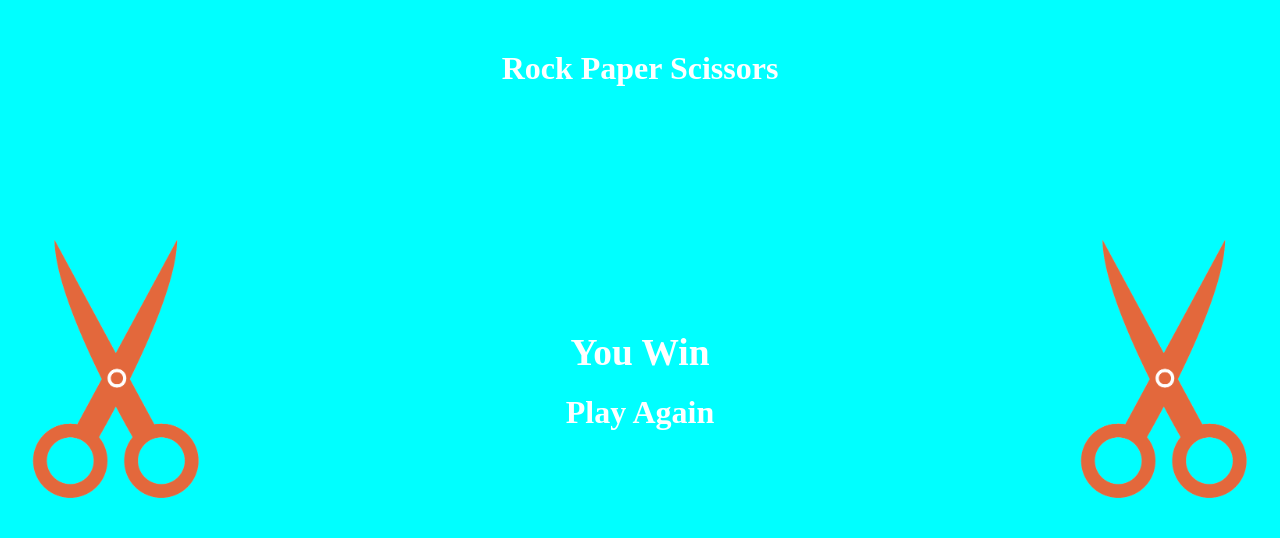
Repository: Arkitecth/rock-paper-scissors
Page: index.html
An editor plug-in stored every save of this project. The page is shown before and after the next save, followed by the edit.
The browser window is 1280 px wide. The pictures show the whole page.
After loading, the first visible `img.scissors` was clicked once.

Above is the page before, as saved 2023-06-02 17:40:26.

### index.html
<!-- Rock -->
<!DOCTYPE html>
<html lang="en">
<head>
    <meta charset="UTF-8">
    <meta http-equiv="X-UA-Compatible" content="IE=edge">
    <meta name="viewport" content="width=device-width, initial-scale=1.0">
    <link rel="stylesheet" href="css/styles.css">
    <title>Rock Paper Scissors</title>
</head>
<body>
    <h1>Rock Paper Scissors</h1>
    <div class="game">
        <img class="rock" src="rock.png" alt="rock">
        <img class= "paper" src="paper.png" alt="paper">
        <img class="scissors" src="scissors.png" alt="scissors">
    </div>

    <div class="score">
        <h3>You Lost</h3>
        <h4>Play Again</h4>
    </div>

</body>

<script src="script.js"></script>
</html>

### css/styles.css
* {
    margin: 0;
    padding: 0;
}

body {
    background-color: aqua;
    color: white;
}

h1 {
    text-align: center;
    margin-top: 50px;
    font-size: 2rem;
}

img {
    width: 15%;
    padding: 0 20px;
    height: auto;
    transition: width 2s;
}



.game {
    display: flex;
    justify-content: center;
    width: 100%;
    align-content: center;
    margin-top: 150px;
    text-align: center;
}

img:hover {
    border: 4px solid white;
    width: 16%;
}

.move-img {
    display: flex;
    justify-content: auto;
}

.score {
    display: none;
    color: #fff;
    font-size: 2rem;
    text-align: center;
    margin: auto;
}

.score h4 {
    padding-top: 20px;
}

### script.js
const rock = document.querySelector(".rock");
const paper = document.querySelector(".paper");
const scissors = document.querySelector(".scissors");
const winnerLabel = document.querySelector(".score h3")
let textLabel = "";
let compInput = ""


// Render Computer Images
// Check for Winner
// Delete Elements
// Align Player to the Left
// Aight Computer to the Right
// Play Over Function



function computerInput() {
    const input = Math.floor((Math.random()) * 3 ) + 1;
    console.log(input);
    if (input === 1) {
        return "rock"
    } else if (input === 2) {
        return "paper"
    } else {
        return "scissors"
    }
}

function deleteElement(element) {
    element.style.display = "none";
}

function alignLeft(element) {
    element.classList.add("move-img")
}

function addScore(element) {
    const score = document.querySelector(".score");
    const game = document.querySelector('.game');
    score.style.display = "block";
    game.insertBefore(score, element)
}

function renderImage(element) {
    const image = document.createElement('img')
    image.src = `${element}.png`
    document.querySelector('.game').appendChild(image);
    return image
}

function evaluateWin(hand1, hand2) {
    //1 - Rock
    //2 - Paper
    //3 - Scissors

    console.log(hand1, hand2);
    if(hand1 === hand2) {
        return "Its a tie"
    }
    else if(hand1 === "paper" && hand2 === "rock") {
        return "You Win";
    }
    else if(hand1 === "rock" && hand2 === "scissors") {
        return "You Win";
    }
    else if(hand1 === "scissors" && hand2 === "paper") {
        return "You Win";
    }
    else {
        return "You Lose"
    }
}

function changeWinnerText(text) {
    winnerLabel.textContent = text
    console.log(text)
}

rock.addEventListener("click", function handler(){
    alignLeft(rock);
    deleteElement(paper);
    deleteElement(scissors);
    compInput = computerInput()
    const image =  renderImage(compInput);
    addScore(image);
    this.removeEventListener("click", handler)
    textLabel = evaluateWin("rock", compInput);
    changeWinnerText(textLabel);
});

paper.addEventListener("click", function handler(){
    alignLeft(paper);
    deleteElement(rock);
    deleteElement(scissors);
    compInput = computerInput()
    const image = renderImage(compInput);
    addScore(image);
    this.removeEventListener("click", handler)
    textLabel = evaluateWin("paper", compInput);
    changeWinnerText(textLabel);
});

scissors.addEventListener("click", function handler(){
    alignLeft(scissors);
    deleteElement(rock);
    deleteElement(paper);
    const image= renderImage(computerInput());
    compInput = computerInput()
    addScore(image);
    this.removeEventListener("click", handler)
    textLabel = evaluateWin("scissors", compInput);
    changeWinnerText(textLabel);
});

After the next save:
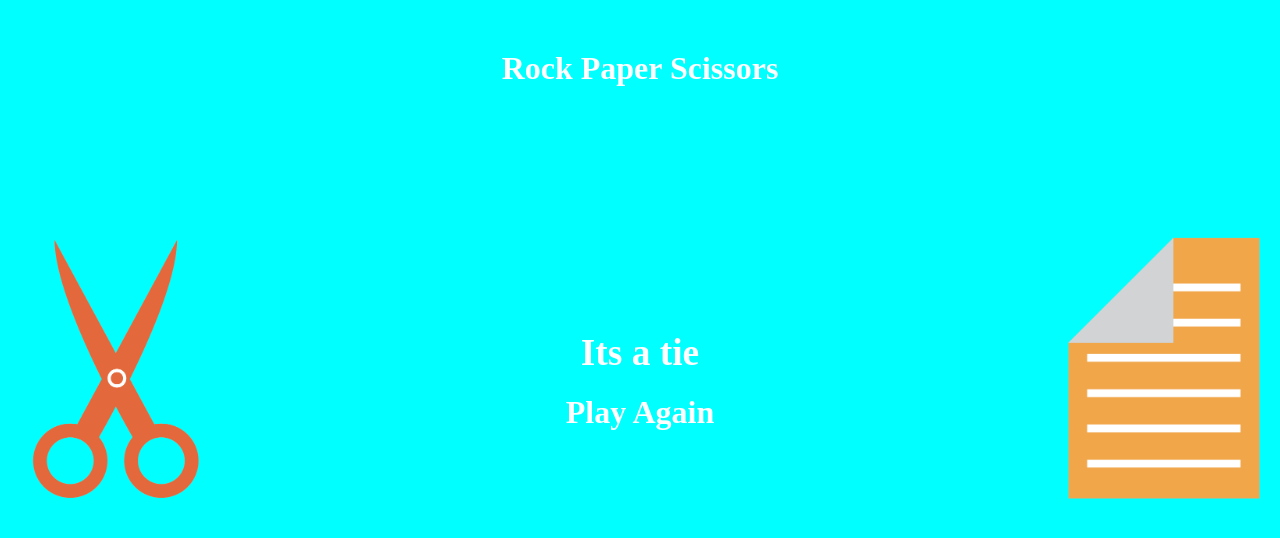
Saved 14 s later.
--- a/script.js
+++ b/script.js
@@ -105,8 +105,9 @@
     alignLeft(scissors);
     deleteElement(rock);
     deleteElement(paper);
-    const image= renderImage(computerInput());
     compInput = computerInput()
+    const image = renderImage(computerInput());
+
     addScore(image);
     this.removeEventListener("click", handler)
     textLabel = evaluateWin("scissors", compInput);
